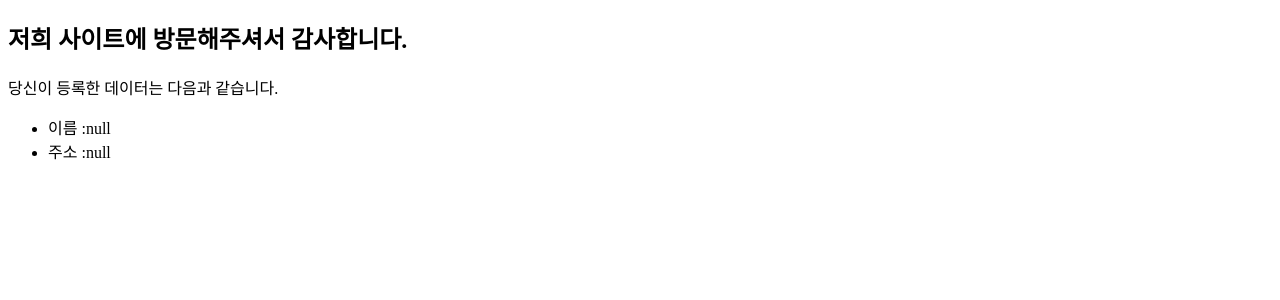
Repository: lty516/jspwork
Page: http://localhost/myjsp2/actiontag/forword_proc.jsp
The author's editor kept a copy of each file at every save. The page is drawn from the files as they stood at one save, then again after the next save.
The browser window is 1280 px wide. The pictures show the whole page.
The page is served by Tomcat 9.

Above is the page before, as saved 2020-08-14 02:20:41.

After the next save:
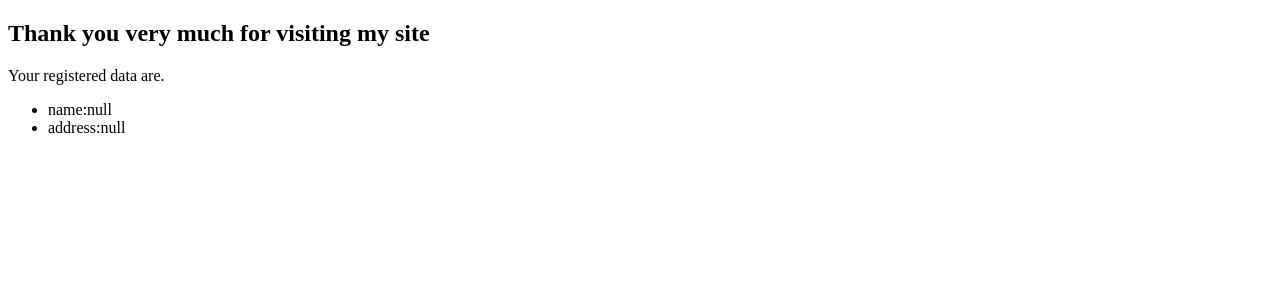
Saved 13 min 16 s later.
--- a/myjsp2/WebContent/actiontag/forword_proc.jsp
+++ b/myjsp2/WebContent/actiontag/forword_proc.jsp
@@ -3,9 +3,9 @@
 <%
 	String towhere = "kr.jsp";
 	String from = request.getRemoteAddr();
-
-	if(from.startsWith("http://localhost:8080")) {
-		towhere = "kr.jsp";
+	System.out.println(from);
+	if(from.endsWith("1")) {
+		towhere = "en.jsp";
 	}
 %>
 
